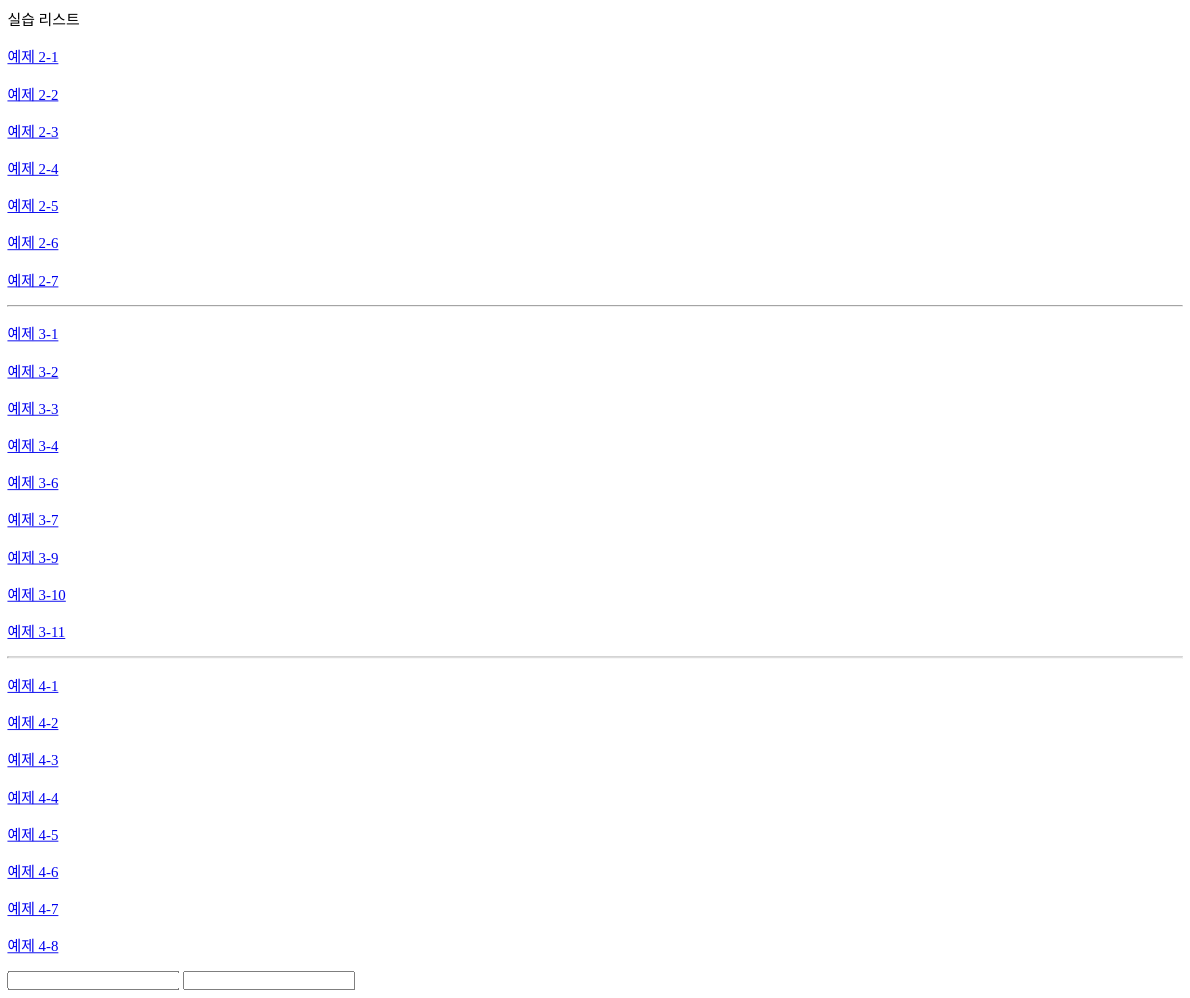
Repository: yeom724/JSP_test
Page: http://localhost/jspbook/
The author's editor kept a copy of each file at every save. The page is drawn from the files as they stood at one save, then again after the next save.
The browser window is 1280 px wide. The pictures show the whole page, at 93% of full size.
The page is served by Tomcat 9.

Above is the page before, as saved 2024-10-10 06:18:58.

After the next save:
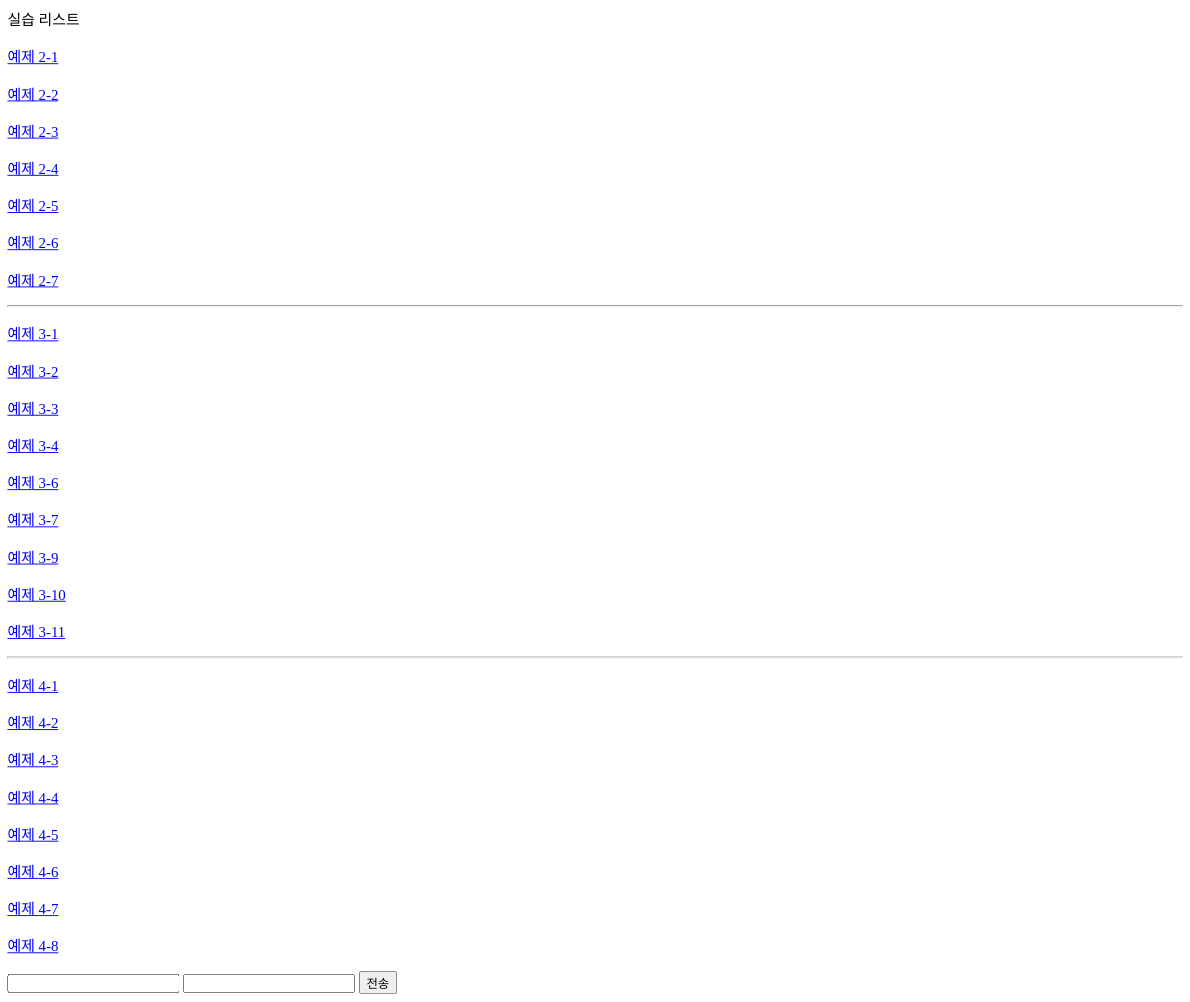
Saved 35 s later.
--- a/jspbook/src/main/webapp/index.jsp
+++ b/jspbook/src/main/webapp/index.jsp
@@ -38,6 +38,7 @@
 	<form action="4_0" method="get">
 		<input type="text" name ="id" />
 		<input type="text" name ="name" />
+		<input type="submit" value="전송" />
 	</form>
 </body>
 </html>
